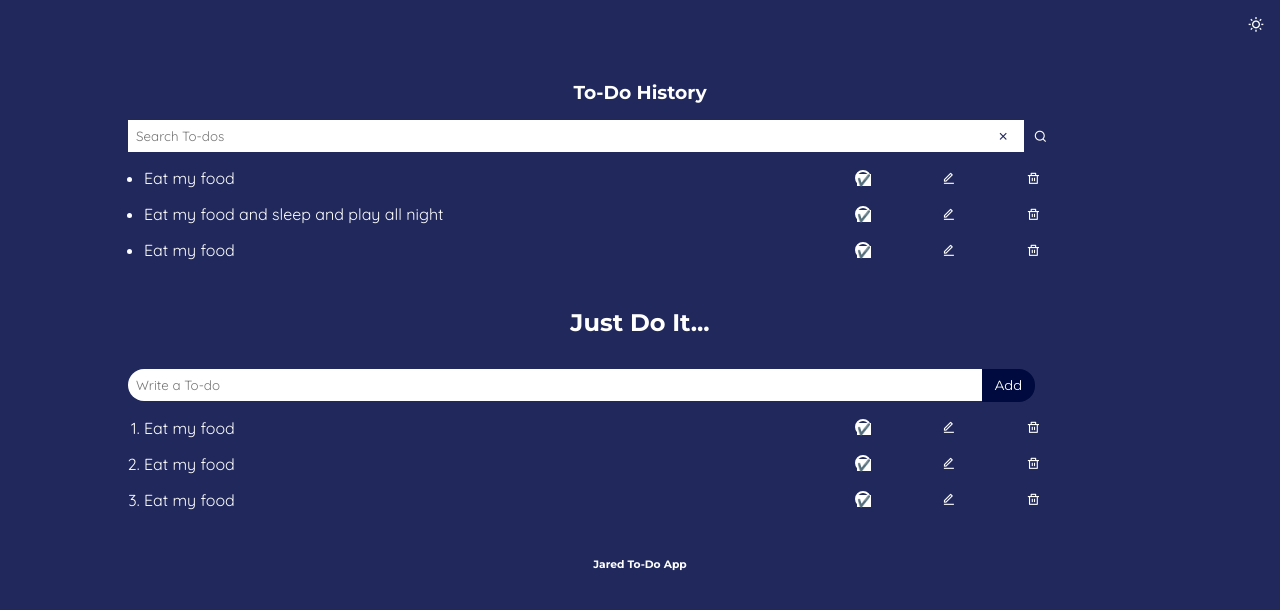
Repository: EguJaredoBoyd/Jared-ToDo-App
Page: main.html
These files come from the project's save history. The page is drawn as it stood at one moment and after the next save; the edit follows.
The browser window is 1280 px wide. The pictures show the whole page.
Some web libraries are served in a nearby version.

Above is the page before, as saved 2025-12-25 00:20:19.
Not found: js/to-do.j

### main.html
<!DOCTYPE html>
<html lang="en">
  <head>
    <meta charset="UTF-8" />
    <meta name="viewport" content="width=device-width, initial-scale=1.0" />
    <title>Document</title>
    <link
      href="https://cdn.jsdelivr.net/npm/remixicon@4.7.0/fonts/remixicon.css"
      rel="stylesheet"
    />
    <link rel="preconnect" href="https://fonts.googleapis.com" />
    <link rel="preconnect" href="https://fonts.gstatic.com" crossorigin />
    <link
      href="https://fonts.googleapis.com/css2?family=Montserrat:ital,wght@0,100..900;1,100..900&display=swap"
      rel="stylesheet"
    />
    <link rel="preconnect" href="https://fonts.googleapis.com" />
    <link rel="preconnect" href="https://fonts.gstatic.com" crossorigin />
    <link
      href="https://fonts.googleapis.com/css2?family=Quicksand:wght@300..700&display=swap"
      rel="stylesheet"
    />
    <link rel="stylesheet" href="./css/main.css" />
    <script src="./js/theme.js" defer></script>
    <script src="./js/to-do.j" defer></script>
  </head>

  <body id="body">
    <div class="body__todo-wrapper">
      <header>
        <button id="theme"><i class="ri-sun-line" id="sun-icon"></i></button>
      </header>

      <main>
        <section class="todo-history">
          <div>
            <h3>To-Do History</h3>
          </div>
          <div class="todo-history__icon">
            <div>
              <input type="text" placeholder="Search To-dos " />
              <button id="cancel-search-button">
                <i class="ri-close-line"></i>
              </button>
            </div>
            <button id="search-button"><i class="ri-search-line"></i></button>
          </div>
          <div>
            <ul>
              <div class="ul__list">
                <li>Eat my food</li>
                <button>
                  <input type="checkbox" name="checkbox" id="checkbox" />
                </button>
                <button><i class="ri-edit-line"></i></button>
                <button><i class="ri-delete-bin-line"></i></button>
              </div>
              <div class="ul__list">
                <li>Eat my food and sleep and play all night</li>
                <button>
                  <input type="checkbox" name="checkbox" id="checkbox" />
                </button>
                <button><i class="ri-edit-line"></i></button>
                <button><i class="ri-delete-bin-line"></i></button>
              </div>
              <div class="ul__list">
                <li>Eat my food</li>
                <button>
                  <input type="checkbox" name="checkbox" id="checkbox" />
                </button>
                <button>
                  <i class="ri-edit-line"></i>
                </button>
                <button>
                  <i class="ri-delete-bin-line"></i>
                </button>
              </div>
            </ul>
          </div>
        </section>

        <section class="todo-title">
          <div>
            <h2>Just Do It...</h2>
          </div>
        </section>

        <section class="todo-add-task">
          <div class="To-Do">
            <div class="To-Do__create">
              <input type="text" id="to-do" placeholder="Write a To-do" />
              <button id="add-task">Add</button>
            </div>

            <ol id="task-show" class="task-list">
              <div class="ol__list">
                <li>Eat my food</li>
                <button>
                  <input type="checkbox" name="checkbox" id="checkbox" />
                </button>
                <button><i class="ri-edit-line"></i></button>
                <button><i class="ri-delete-bin-line"></i></button>
              </div>
              <div class="ol__list">
                <li>Eat my food</li>
                <button>
                  <input type="checkbox" name="checkbox" id="checkbox" />
                </button>
                <button><i class="ri-edit-line"></i></button>
                <button><i class="ri-delete-bin-line"></i></button>
              </div>
              <div class="ol__list">
                <li>Eat my food</li>
                <button>
                  <input type="checkbox" name="checkbox" id="checkbox" />
                </button>
                <button><i class="ri-edit-line"></i></button>
                <button><i class="ri-delete-bin-line"></i></button>
              </div>
            </ol>
          </div>
        </section>
      </main>

      <footer>
        <div>
          <h6>Jared To-Do App</h6>
        </div>
      </footer>
    </div>
  </body>
</html>

### css/main.css
*,
*::before,
*::after {
  box-sizing: border-box;
  margin: 0;
  padding: 0;
}

:root {
  /* My project colours to use */
  --primary-color: #21295c;
  --secondary-color: #ffffff;

  /* Color for light background */
  --light-primary-color: #83bdf7;
  --light-secondary-color: var(--primary-color);

  /* My font size to use */
  --font-base: 16px;

  /* My spaces to use */
}

html {
  font-size: var(--font-base);
}

body {
  font-family: "Quicksand", sans-serif;
  max-width: 100%;
  width: 100vw;
  max-height: 100vh;
  background-color: var(--primary-color);
  color: var(--secondary-color);
}

body.light-theme {
  background-color: var(--light-primary-color);
  color: var(--light-secondary-color);
}

h2,
h3,
h6 {
  font-family: "Montserrat", sans-serif;
}

button {
  border: none;
  background: none;
  color: var(--secondary-color);
}

input[type="checkbox"] {
  appearance: none;
  width: 1rem;
  height: 1rem;
  border: 2px solid white;
  border-radius: 50%;
  cursor: pointer;
}

input[type="checkbox"]::before {
  content: "✔️";
  font-size: smaller;
  border: 50%;
  background-color: white;
}

input[type="checkbox"]:checked::before {
  content: "✔️";
  width: 1px;
  height: 1px;
  background-color: green;
}

body.light-theme button {
  color: var(--light-secondary-color);
}

.body__todo-wrapper header {
  display: flex;
  justify-content: end;
  align-items: center;
}

.body__todo-wrapper header button {
  padding: 1rem;
}

.body__todo-wrapper header button i {
  font-size: 1rem;
}

main {
  display: flex;
  flex-direction: column;
  align-items: center;
  gap: 2rem;
  margin: 2rem 0;
  max-width: 100vw;
}

.todo-history {
  width: 80vw;
  position: relative;
}

.todo-history div h3 {
  text-align: center;
  margin-bottom: 1rem;
}

.todo-history__icon {
  display: flex;
}

.todo-history__icon div input {
  width: 70vw;
  border: none;
  outline: none;
  padding: 0.5rem;
  font-family: "Quicksand", sans-serif;
}

#cancel-search-button {
  position: relative;
  right: 2rem;
}

#cancel-search-button i {
  color: var(--primary-color);
}

#search-button {
  margin-left: -1rem;
  padding: 0.5rem;
}

.ul__list {
  display: flex;
  justify-content: space-between;
  align-items: center;
  margin: 1rem;
  width: 70vw;
}

.ul__list li {
  width: 50vw;
  max-width: 50vw;
}

.todo-add-task {
  width: 80vw;
}

.To-Do__create {
  max-width: 100vw;
}

.To-Do__create input {
  width: 67vw;
  border: none;
  outline: none;
  padding: 0.5rem;
  font-family: "Quicksand", sans-serif;
  border-top-left-radius: 1rem;
  border-bottom-left-radius: 1rem;
}

.To-Do__create input[type="text"]::placeholder {
  font-family: "Quicksand", sans-serif;
}

.To-Do__create button {
  margin-left: -0.5rem;
  padding: 0.52rem 0.8rem;
  font-family: "Montserrat", sans-serif;
  border-top-right-radius: 1rem;
  border-bottom-right-radius: 1rem;
  background-color: #010a3f;
}

body.light-theme .To-Do__create button {
  background-color: #1c6cbb;
  color: white;
}

.ol__list {
  display: flex;
  justify-content: space-between;
  align-items: center;
  margin: 1rem;
  width: 70vw;
}

.ol__list li {
  width: 50vw;
  max-width: 50vw;
}

footer div {
  text-align: center;
}

### js/theme.js
//Target the theme button
const theme = document.getElementById("theme");
const body = document.getElementById("body");
const themeIcon = document.getElementById("sun-icon");

//Load the chosen theme color
const savedTheme = localStorage.getItem("theme-color");

if (savedTheme === "true") {
  //If the user clicks and it is true, show the light-theme
  body.classList.toggle("light-theme");

  //Now change the icons so that it matches the light theme
  themeIcon.classList.remove("ri-sun-line");
  themeIcon.classList.add("ri-contrast-2-fill");
}

//Action to toggle theme class in-between
function toggleTheme() {
  theme.addEventListener("click", () => {
    const lightTheme = body.classList.toggle("light-theme");

    //Switch between sun and moon icons
    themeIcon.classList.toggle("ri-sun-line");
    themeIcon.classList.toggle("ri-contrast-2-fill");

    //Save the selected background
    localStorage.setItem("theme-color", lightTheme);
  });
}

toggleTheme();

After the next save:
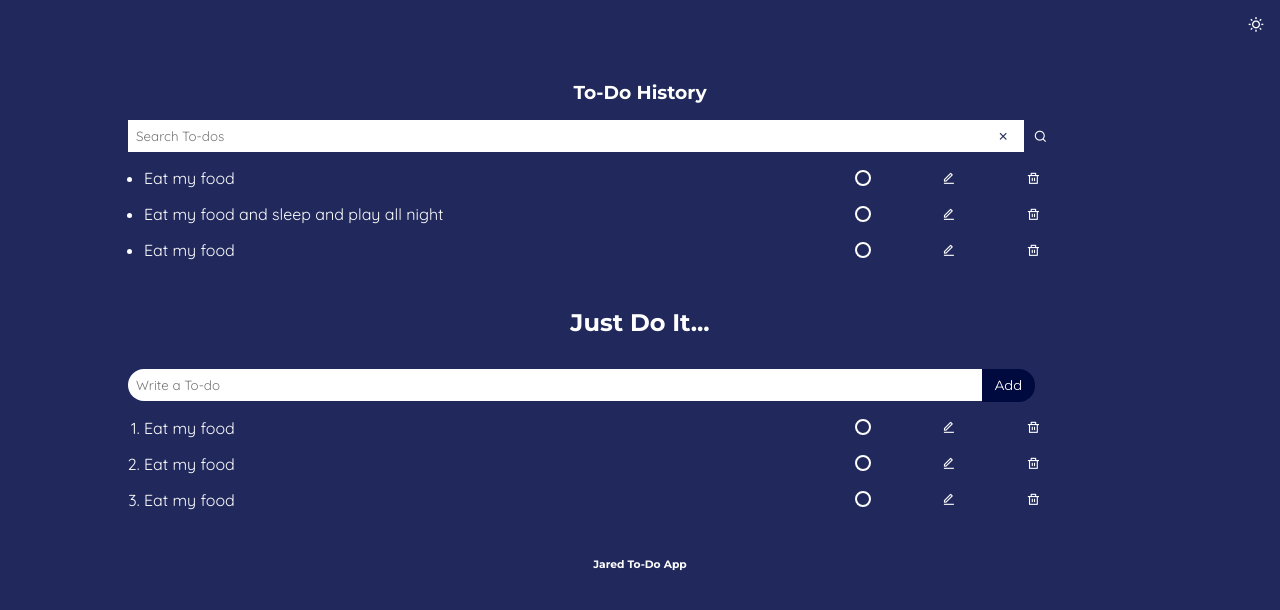
Saved 63 s later.
--- a/css/main.css
+++ b/css/main.css
@@ -62,7 +62,7 @@ input[type="checkbox"] {
 
 input[type="checkbox"]::before {
   content: "✔️";
-  font-size: smaller;
+  font-size: 1px;
   border: 50%;
   background-color: white;
 }
